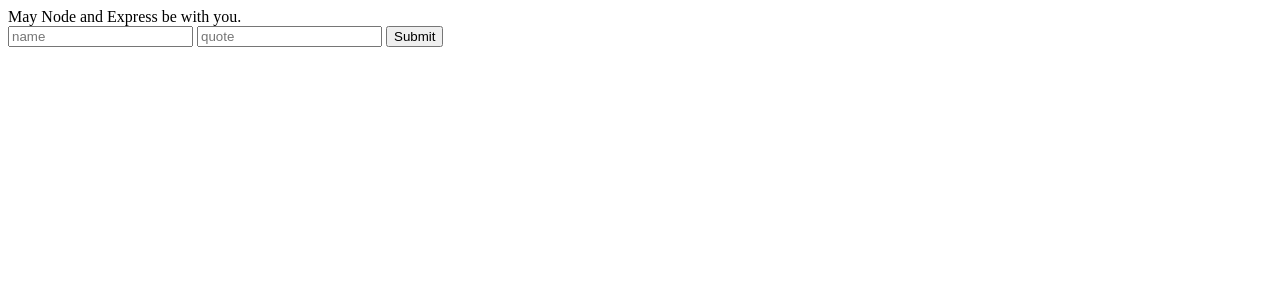
Repository: abhibroto0402/smartcap-service-node
Page: index.html
The author's editor kept a record of every edit. The page is drawn from the files as they stood at one moment, then again after the next edit.
The browser window is 1280 px wide. The pictures show the whole page.

Above is the page before.

### index.html
<!DOCTYPE html>
<html lang="en">

<head>
    <meta charset="UTF-8">
    <title>MY APP</title>
</head>

<body>
    May Node and Express be with you.

    <form action="/patient" method="POST">
        <input type="text" placeholder="name" name="name">
        <input type="text" placeholder="quote" name="quote">
        <button type="submit">Submit</button>
    </form>
</body>

</html>

After the next edit:
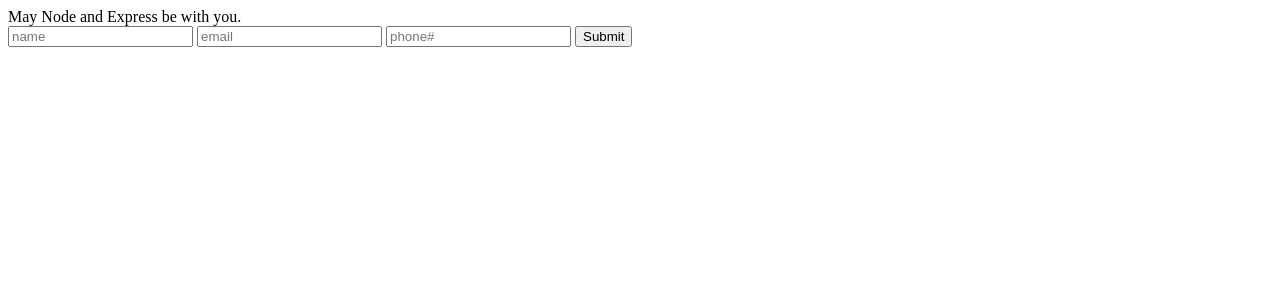
The edit:
--- a/index.html
+++ b/index.html
@@ -11,7 +11,8 @@
 
     <form action="/patient" method="POST">
         <input type="text" placeholder="name" name="name">
-        <input type="text" placeholder="quote" name="quote">
+        <input type="email" placeholder="email" name="email">
+        <input type="number" placeholder="phone#" name="phone">
         <button type="submit">Submit</button>
     </form>
 </body>
